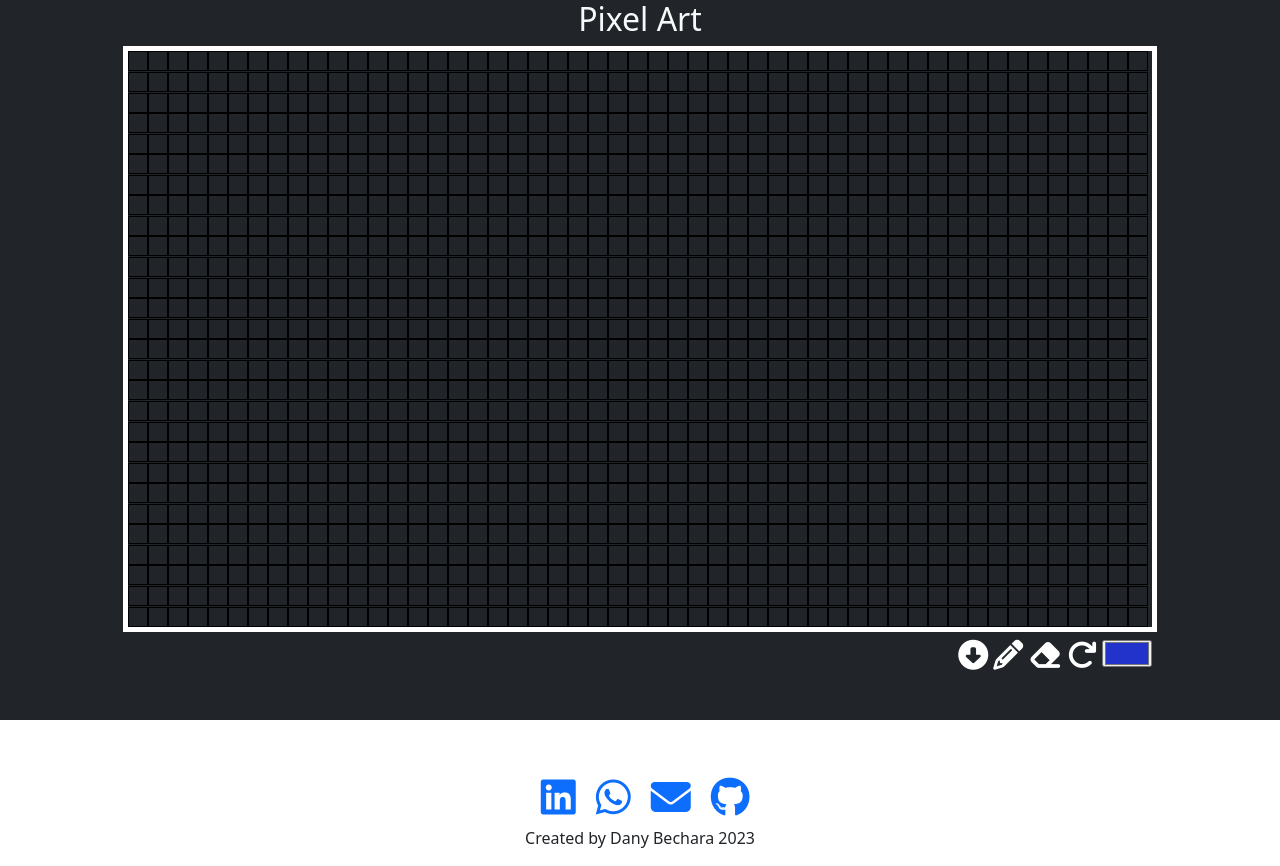
Repository: bechara611/pixelartdb
Page: /
An editor plug-in stored every save of this project. The page is shown before and after the next save, followed by the edit.
The browser window is 1280 px wide. The pictures show the whole page.
Some web libraries are served in a nearby version. The project was rebuilt for these pictures with package versions that can differ from the ones it lists, and the page was loaded fresh each time. Also part of the build but not shown: vite.config.js.

Above is the page before, as saved 2023-03-07 15:20:41.

### index.html
<!DOCTYPE html>
<html lang="en">
  <head>
    <meta charset="UTF-8" />
    <link rel="icon" type="image/svg+xml" href="/vite.svg" />
    <meta name="viewport" content="width=device-width, initial-scale=1.0" />
    <title>Vite + React</title>

    <link rel="stylesheet" href="https://cdnjs.cloudflare.com/ajax/libs/font-awesome/6.3.0/css/all.min.css">
  </head>
  <body>
    <div id="root"></div>
    <script type="module" src="/src/main.jsx"></script>
  </body>
</html>

### src/main.jsx
import React from 'react'
import ReactDOM from 'react-dom/client'
import App from './App'
import 'bootstrap/dist/css/bootstrap.min.css'
import 'bootstrap/dist/js/bootstrap.bundle.js'

ReactDOM.createRoot(document.getElementById('root')).render(
  <>
  <App />

  </>

)

### src/App.jsx

import { useEffect, useState } from 'react'
import './App.css'
import { SelectableGroup } from 'react-selectable-fast'
import { Pixel } from './Pixel'
import { Footer } from './Footer'

const App = () => {
  const [pixels, setPixels] = useState([])
  const [isSelecting, setIsSelecting] = useState(false)
  const [startIndex, setStartIndex] = useState(null)
  const [colorActual, setcolorActual] = useState('#2233cc')
  const [lapiz,setLapiz]= useState(true);

  useEffect(() => {
    let contenedor = document.getElementById('contenedor')
    let divsAloAlto = Math.floor(contenedor.offsetHeight / 20)
    let divsAlOancho = Math.floor(contenedor.offsetWidth / 20);
    //para saber cuantos divs necesita un contenedor multiplica el numero de divs a lo alto * el numero de divds a lo ancho
    setPixels(Array.from({ length: divsAloAlto * divsAlOancho }, () => { return { active: false, color: colorActual } }))

  }, [])
  const onReset = () => {
    let pixelesCopy = [];
    pixelesCopy = [...pixels]
    for (let i = 0; i < pixels.length; i++) {
      pixelesCopy[i] = { active: false, color: 'transparent' }
    }
    setPixels(pixelesCopy)
  }
  const funcionArray = (index) => {
    let nuevoArray = [...pixels]
    nuevoArray[index] = { active: true, color: colorActual }
    setPixels(nuevoArray)
  }

  useEffect(() => {
    //console.log({ pixels })
  }, [pixels])

  const onMouseDown = (index) => {
    setIsSelecting(true);
    setStartIndex(index)
    // console.log('onMouseDown')
  }


  const onMouseOver2 = (index) => {
    if (isSelecting) {
      const pixelsupdated = [...pixels]
      pixelsupdated[index] = { ...pixelsupdated[index], active: true, color: colorActual }

      setPixels(pixelsupdated)

    }
    // console.log('onMouseOver')
  }

  const onMouseUp2 = (index) => {
    setIsSelecting(false)

  }
  return (
    <>
      <div className="bg-dark fondo">
        <div className="col-12 contenedor-05 ">
          <div className="contenedor-mayor header">
            <h2 className='text-light'>Pixel Art</h2>

          </div>
        </div>
        <div className="contenedor-mayor ">
          <div className="contorno">
            <div className={`contenedor ${!lapiz ? 'cursorBorrador' : 'cursorLapiz'}`} id='contenedor'>

              {

                pixels.map((a, index) => {
                  return <Pixel key={index}
                    color={a.color}
                    active={a.active}
                    funcion={() => funcionArray(index)}
                    onMouseDown={() => { onMouseDown(index) }}
                    onMouseUp={() => { onMouseUp2(index) }}
                    onMouseOver={() => { onMouseOver2(index) }}
                  ></Pixel>
                })

              }

            </div>
          </div>
        </div>
        <div className="col-12 contenedor-05  ">
          <div className="derecha mt-2">

          <i className="fa-solid fa-circle-down borrador" onClick={()=>{
            console.log('Descargar')
            }}></i>
          <i className="fa-solid fa-pencil borrador" onClick={()=>{ setLapiz(true)
            setcolorActual('#2233cc')
            }}></i>
            <i className="fa-solid fa-eraser borrador" onClick={()=>{ setLapiz(false)
            setcolorActual('transparent')
            }}></i>

            <i className="fa-solid fa-arrow-rotate-right  icono" onClick={() => { onReset() }}></i>
            <input type="color" className='selector' value={colorActual} onChange={(e) => {
               setcolorActual(e.target.value)
               setLapiz(true)
              }} />
          </div>
        </div>

      </div>
      <Footer></Footer>
    </>

  )
}

export default App

### src/App.css
.fondo {
  height: 100vh;

}

.contorno {
  border: 5px solid white;
}

.contenedor-mayor {
  display: flex;
  flex-direction: row;
  justify-content: center;
  justify-self: center;
  align-items: center;

}

.contenedor-mayor2 {
  width: 80vw;
  align-self: center;
  display: flex;
  flex-direction: row;
  justify-content: space-between;
}

.contenedor-05 {
  display: flex;
  flex-direction: row;
  justify-content: center;
}

.derecha {
  width: 80vw;
  align-self: center;
  display: flex;
  flex-direction: row;
  justify-content: flex-end;
}

.pixel {
  width: 20px;
  height: 20px;
  border: 1px solid rgb(0, 0, 0);

  box-sizing: border-box;

}

.active {
  background: transparent;
}
.cursorBorrador{
  cursor: url(./assets/borrador.png), pointer;
}
.cursorLapiz{
cursor: url(./assets/pencil3.png), default;
}
.contenedor {

  display: flex;
  flex-direction: row;
  flex-wrap: wrap;
  width: 80vw;
  height: 80vh;
  max-width: 80vw;
  max-height: 80vh;
}

.icono {
  font-size: 30px;
  color: white;
  margin-right: 5px;
}
.borrador{
  font-size: 30px;
  color: white;
  margin-right: 5px;
  cursor: pointer;
}
.borrador:hover{
  font-size: 32px;
  color: rgb(191, 180, 180);
  transition: all .1s ease;
}

@keyframes rotar {
  from {
    transform: rotate(32deg);
  }

  to {
    transform: rotate(360deg);
  }
}

.icono:hover {
  color: rgb(171, 193, 216);
  cursor: pointer;
  animation-name: rotar;
  animation-duration: 1s;
  transition: all 1s ease;
  animation-iteration-count: infinite;
}

.selector{
cursor: pointer;
}

### src/Pixel.jsx
import React, { useState } from 'react'
import './App.css'
import {selectableGroup, createSelectable} from 'react-selectable-fast'
export const Pixel = (props) => {
    const [isActive, setisActive] = useState(false)
  return (

 <div className={`pixel ${props.active ? 'active' : ''}`} style={{ background:props.active ? props.color : ''}}
 onClick={()=>{
    setisActive(!isActive)
    props.funcion();
}}
onMouseDown={()=>{props.onMouseDown()}}
onMouseUp={()=>{props.onMouseUp()}}
onTouchEnd={()=>{props.onMouseUp()}}
onMouseOver={()=>{props.onMouseOver()}}
onTouchStart={()=>{{
    props.onMouseDown()
    props.onMouseOver()}}}
 >

 </div>
  )
}

### src/Footer.jsx
import React from 'react'
import './Footer.css'


let linkdn="https://linkedin.com/in/DanyBechara";
let correo="mailto:bechara611@gmail.com";
let blank='_blank';
let github='https://github.com/bechara611';
let whatssap='https://wa.me/584120361952';

export const Footer = () => {
  return (
    <>
      {/*Aca este footer le estamos colocando una posicion absolute y a su padre relativa para poder ubicarlo al final de su div padre */}
      <div className="footer col-12 mt-5 pt-1">
      <a href={linkdn} target={blank} className='animate__animated animate__lightSpeedInLeft'><i className=" linkdin fa-brands fa-linkedin iconoRedes"></i></a>
      <a href={whatssap} target={blank}  className='animate__animated animate__lightSpeedInLeft'><i className="whatssap fa-brands fa-whatsapp iconoRedes"></i></a>
      <a href={correo} target={blank}  className='animate__animated animate__lightSpeedInLeft'><i className="gmail fa-solid  fa-envelope iconoRedes"></i></a>
      <a href={github} target={blank}  className='  animate__animated animate__lightSpeedInLeft'><i className=" github fa-brands fa-github iconoRedes"></i></a>

     <div className="col-12 contenedor-mensaje-footer mt-1">
     <div className="col-12 contenedor-mensaje-footer">
     <p className='mensaje'>Created by Dany Bechara {new Date().getFullYear().toString()}</p>
     </div>

     </div>
      </div>
    </>

  )
}

### src/Footer.css
.footer{

    margin-top: 10px;
    position: absolute;

    display: flex;
    flex-direction: row;
    justify-content: center;
    text-align: center;
    align-items: center;
    justify-items: center;
 flex-wrap: wrap;

}

.iconoRedes{
    font-size: 40px;
    padding-left: 10px;
    margin: 5px;

}

.github:hover{
    color: #6e5494;

}

.whatssap:hover{
color: #25d366;
}

.gmail:hover{
color:#cc0000;
}
.linkdin:hover{
color:#00a0dc;
}

.contenedor-mensaje-footer{
    display: flex;
    flex-direction: row;
    justify-content: center;
    text-align: center;
    align-items: center;
    justify-items: center;
}

/*?RESPONSIVE*/

@media(max-width:255px){
    .iconoRedes{
        font-size: 30px;
        padding-left: 5px;
    }
    .mensaje{
        font-size: 10px;
    }
}

After the next save:
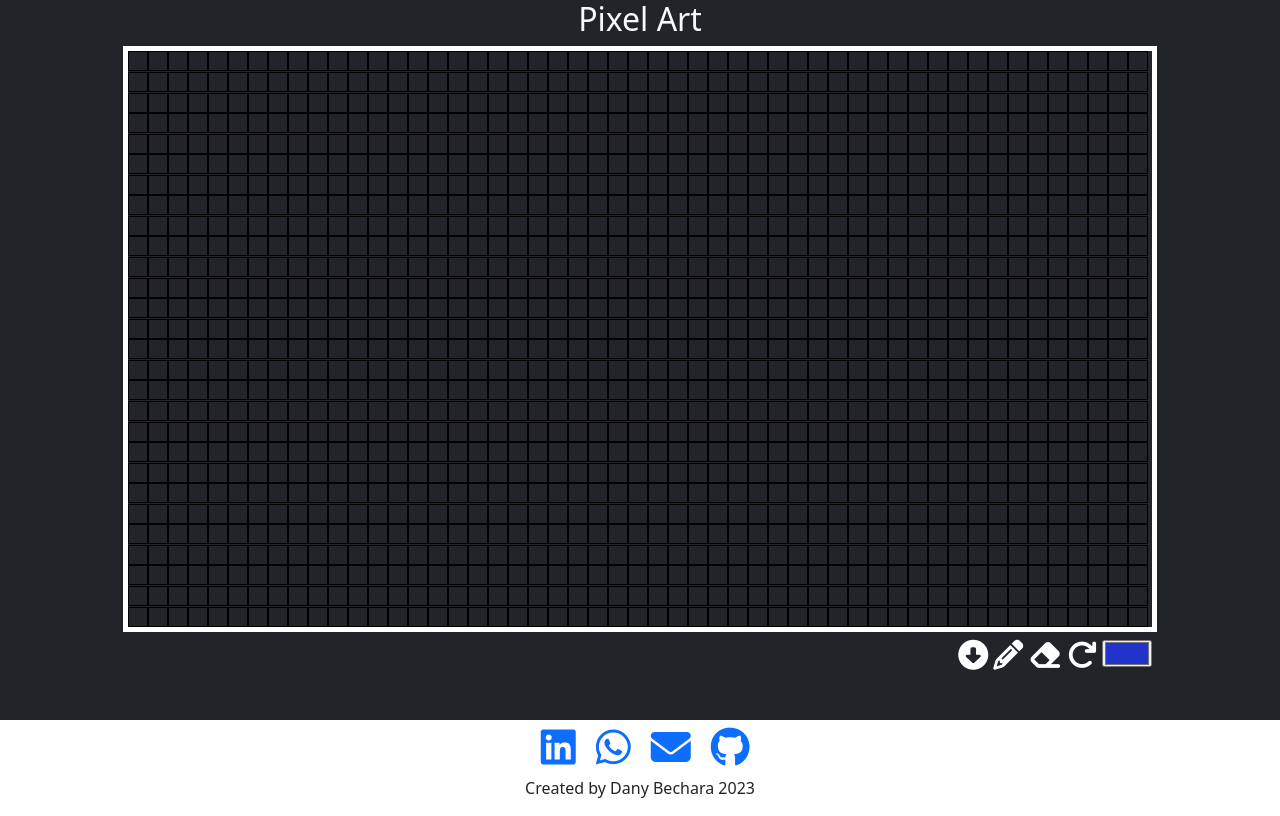
Saved 5 s later.
--- a/src/App.jsx
+++ b/src/App.jsx
@@ -111,9 +111,9 @@ const App = () => {
               }} />
           </div>
         </div>
+        <Footer></Footer>
+      </div>
 
-      </div>
-      <Footer></Footer>
     </>
 
   )
